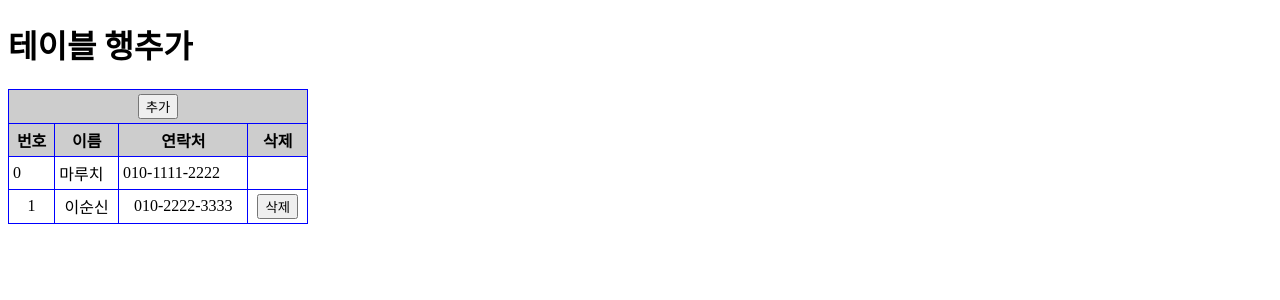
Repository: CHOKIHO/html
Page: work/0110/WebContent/ex4_tabledelete.html
These files come from the project's save history. The page is drawn as it stood at one moment and after the next save; the edit follows.
The browser window is 1280 px wide. The pictures show the whole page.
After loading, the first visible `input` was clicked once.

Above is the page before, as saved 2017-01-10 08:13:06.

### work/0110/WebContent/ex4_tabledelete.html
<!DOCTYPE html>
<html>
<head>
<meta charset="UTF-8">
<title>테이블 추가</title>

<style type="text/css">

	body>table {
		width:300px;
		border: 1px solid blue;
		border-collapse: collapse;
	}
	body>table th, body>table td {
		border: 1px solid blue;
		padding: 4px;
		//text-align: center;
	}

	body>table>thead th {
		background-color: #cdcdcd;
	}


</style>

<script type="text/javascript">

	var idx=1;
	var rowNo=0;

	//테이블 Row 추가 함수
	function addRow() {

		//추가할 td를 생성한다.
		var td1 = document.createElement("td");
		var td2 = document.createElement("td");
		var td3 = document.createElement("td");
		var td4 = document.createElement("td");

		//var btn = document.createElement("<input type='button' value='삭제'/>");


		//① td객체에 문자열지정 (innerHTML, innerText)
		td1.innerHTML = idx++;
		td2.innerHTML = "이순신";
		td3.innerHTML = "010-2222-3333";
		td4.innerHTML = "<input type='button' value='삭제' name='btn' onclick='deleteRow()'/>";


		//② 추가할 tr을 생성
		var tr = document.createElement("tr");

		//③ tr 엘리먼트에 td엘리먼트 추가
		tr.appendChild(td1);
		tr.appendChild(td2);
		tr.appendChild(td3);
		tr.appendChild(td4);

		//tr.innerHTML = td1 + td2 + td3; (element에 문자열 추가)

		//④ row를 추가할 table 검색
		var tab = document.getElementById("myTable");

		//⑤ tbody를 찾기 (DOM구조: 자식들 태크는 배열로 저장되어 있음)
		var tbody = tab.children[1];

		//⑥ tbody에 tr추가
		tbody.appendChild(tr);

		//⑦ sytle 추가
		tr.style.textAlign = "center";


		//tr.onmouseover = delRow();  <-- ()있을때 없을때 차이

		var btn = document.getElementById("btn");

		var rowNo=0;

		tr.onmouseover = function() {  //익명함수 사용 (함수안에서 함수사용)

			rowNo = this.rowIndex;				//전역변수 이용
			//table.rowNo = this.rowIndex;    //테이블변수 이용

		};

		//행 어디에서든 클릭하면 수행하는 이벤트
/* 		tr.onclick = function(){
			// alert(table.rowBunHo);
			table.deleteRow(table.rowBunHo);
		};
 */

	}

	//테이블 행 삭제함수 (마우스 over를 이용)

	function deleteRow() {

	    var my_tbody = document.getElementById('myTbody');

	    if (my_tbody.rows.length < 1) return;
	    // my_tbody.deleteRow(0); // 상단부터 삭제
	    //my_tbody.deleteRow( my_tbody.rows.length-1 ); // 하단부터 삭제

	    //my_tbody.deleteRow( my_tbody.rows.rowIndex1 ); // 하단부터 삭제
	    my_tbody.deleteRow( my_tbody.sectionRowIndex ); // 하단부터 삭제

	  }




</script>

</head>
<body>
	<h1>테이블 행추가</h1>

	<table id="myTable">
		<thead>
			<tr>
				<th colspan="4">
					<input type="button" value="추가" onclick="addRow()"/>
				</th>
			</tr>
			<tr>
				<th>번호</th>
				<th>이름</th>
				<th>연락처</th>
				<th>삭제</th>
			</tr>
		</thead>
		<tbody id="myTbody">
			<tr>
				<td>0</td>
				<td>마루치</td>
				<td>010-1111-2222</td>
				<td></td>
			</tr>
		</tbody>
	</table>

</body>
</html>

After the next save:
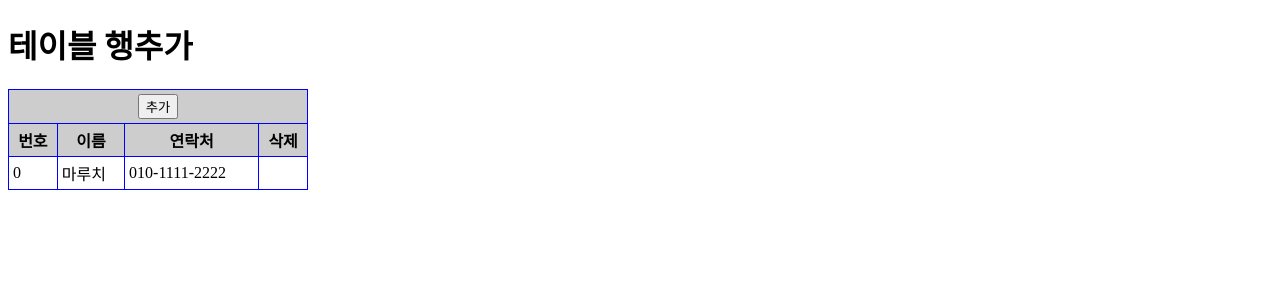
Console error: SyntaxError: Unexpected token '}'
Saved 13 min 0 s later.
--- a/work/0110/WebContent/ex4_tabledelete.html
+++ b/work/0110/WebContent/ex4_tabledelete.html
@@ -45,7 +45,7 @@
 		td1.innerHTML = idx++;
 		td2.innerHTML = "이순신";
 		td3.innerHTML = "010-2222-3333";
-		td4.innerHTML = "<input type='button' value='삭제' name='btn' onclick='deleteRow()'/>";
+		td4.innerHTML = "<input type='button' value='삭제' name='btn' onclick='delRow()'/>";
 
 
 		//② 추가할 tr을 생성
@@ -109,6 +109,22 @@
 
 	  }
 
+	 function delRow(){
+		 var tab = document.getElementById("myTable");
+
+		  var totalRow = tab.rows.length;             //전체Row
+		  var selRow  = tab.clickedRowIndex;         //선택한Row의 index
+
+		  //Parameter Test Alert!--------------------
+		  //alert!("totalRow : " + totalRow);
+		  //alert!("selRow : " + selRow);
+		  //---------------------------------------
+
+		/*deleteRow를 이용하여 선택된 index의 Row를 삭제하며 한줄일때는 제목행까지 삭제한후
+		  재추가의 경우 제목Row가 다시 출력되어야 하므로 oRowFlag를 true로 설정한다.*/
+		  tab.deleteRow(tab.clickedRowIndex);   //선택한 indexRow삭제
+		  }
+	 }
 
 
 

After the 2 saves that followed:
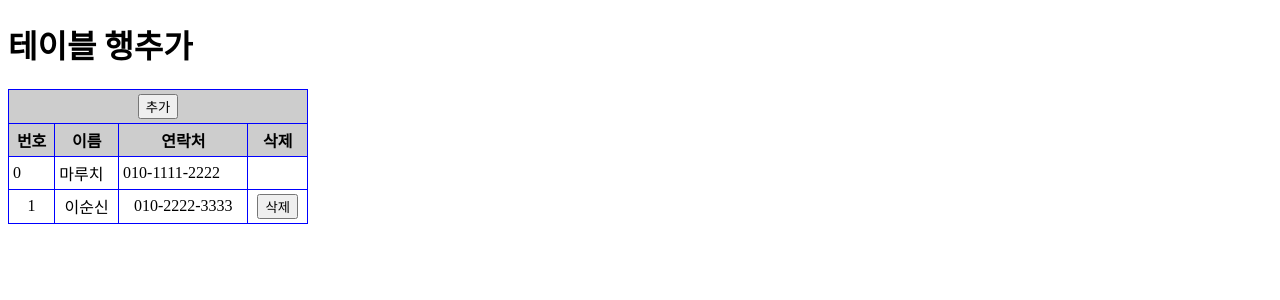
The error is gone.
The 2 saves are shown as one change because 1 left the picture as it was.
The last was saved 83 s later.
--- a/work/0110/WebContent/ex4_tabledelete.html
+++ b/work/0110/WebContent/ex4_tabledelete.html
@@ -74,7 +74,7 @@
 
 		//tr.onmouseover = delRow();  <-- ()있을때 없을때 차이
 
-		var btn = document.getElementById("btn");
+/* 		var btn = document.getElementById("btn");
 
 		var rowNo=0;
 
@@ -83,7 +83,7 @@
 			rowNo = this.rowIndex;				//전역변수 이용
 			//table.rowNo = this.rowIndex;    //테이블변수 이용
 
-		};
+		}; */
 
 		//행 어디에서든 클릭하면 수행하는 이벤트
 /* 		tr.onclick = function(){
@@ -123,7 +123,7 @@
 		/*deleteRow를 이용하여 선택된 index의 Row를 삭제하며 한줄일때는 제목행까지 삭제한후
 		  재추가의 경우 제목Row가 다시 출력되어야 하므로 oRowFlag를 true로 설정한다.*/
 		  tab.deleteRow(tab.clickedRowIndex);   //선택한 indexRow삭제
-		  }
+
 	 }
 
 
